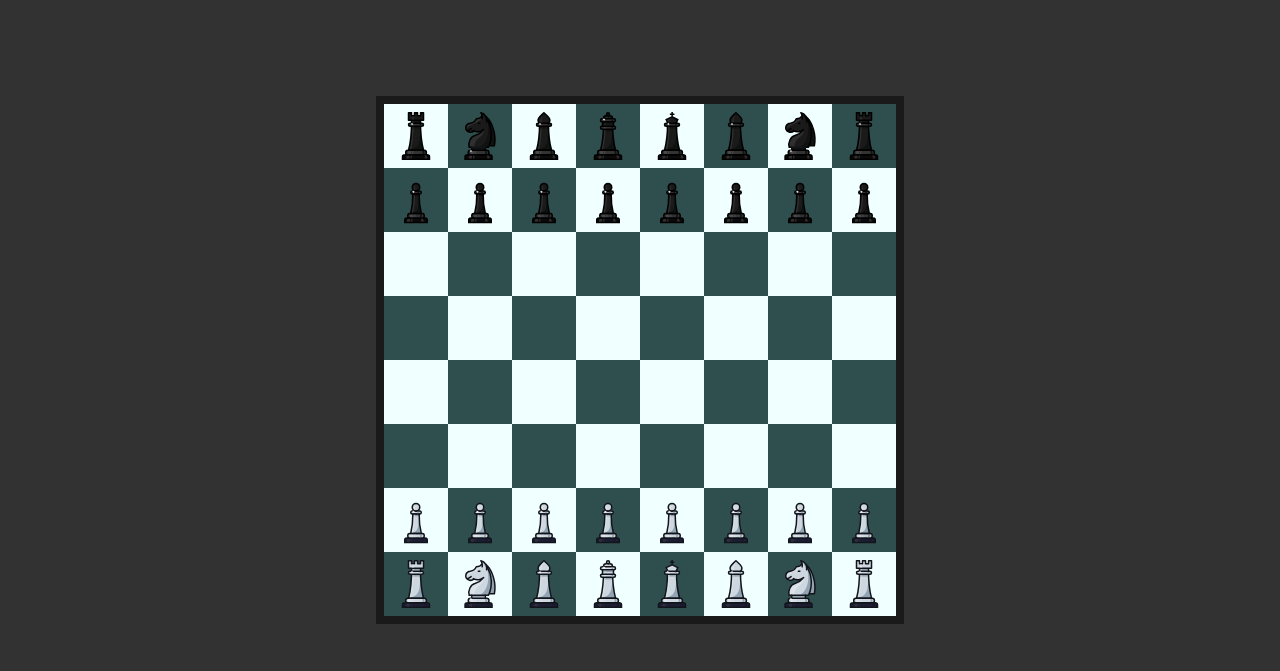
Repository: Mirsmog/react-chess
Page: /
An editor plug-in stored every save of this project. The page is shown before and after the next save, followed by the edit.
The browser window is 1280 px wide. The pictures show the whole page.
The project was rebuilt for these pictures with package versions that can differ from the ones it lists, and the page was loaded fresh each time. Also part of the build but not shown: vite.config.ts.

Above is the page before, as saved 2023-10-28 15:45:25.

### src/App.tsx
import BoardComponent from '@/components/BoardComponent';
import { Board } from './models/Board';
import React from 'react';

const App = () => {
  const [board, setBoard] = React.useState(new Board());

  React.useEffect(() => {
    restart();
  }, []);

  function restart() {
    const newBoard = new Board();
    newBoard.initCells();
    newBoard.addFigures()
    setBoard(newBoard);
  }
  return (
    <div className='app'>
      <BoardComponent board={board} setBoard={setBoard} />
    </div>
  );
};

export default App;

### src/index.css
:root {
  --sell-size: 64px;
}

* {
  margin: 0;
  padding: 0;
}

.app {
  background-color: #323232;
  width: 100vw;
  height: 100vh;
  display: flex;
  justify-content: center;
  align-items: center;
}

.board {
  display: flex;
  width: calc(var(--sell-size) * 8);
  height: calc(var(--sell-size) * 8);
  flex-wrap: wrap;
  border: 8px solid #1a1a1a;
}

.cell {
  width: var(--sell-size);
  height: var(--sell-size);
  display: flex;
  justify-content: center;
  align-items: center;
}

.cell img {
  width: 48px;
  height: 48px;
  position: relative;
}

img[src*="/src/assets/pawn-white.svg"],
img[src*="/src/assets/pawn-black.svg"] {
  /* transform: scale(1.18); */
  transform: translateY(3px);
}

.black {
  background-color: darkslategrey;
}

.white {
  background-color: azure;
}

### src/components/BoardComponent.tsx
import { Board } from '@/models/Board';
import React from 'react';
import CellComponent from './CellComponent';

type Props = {
  board: Board;
  setBoard: (board: Board) => void;
};

const BoardComponent: React.FC<Props> = ({ board, setBoard }) => {
  return (
    <div className='board'>
      {board.cells.map((row, index) => (
        <React.Fragment key={index}>
          {row.map((cell) => (
            <CellComponent key={cell.id} cell={cell} />
          ))}
        </React.Fragment>
      ))}
    </div>
  );
};

export default BoardComponent;

### src/models/Board.ts
import { Cell } from './Cell';
import { Colors } from './Colors';
import { Bishop } from './figures/Bishop';
import { King } from './figures/King';
import { Knight } from './figures/Knight';
import { Pawn } from './figures/Pawn';
import { Queen } from './figures/Queen';
import { Rook } from './figures/Rook';

export class Board {
  cells: Cell[][] = [];

  public initCells() {
    for (let i = 0; i < 8; i++) {
      const row: Cell[] = [];
      for (let j = 0; j < 8; j++) {
        if ((i + j) % 2 !== 0) {
          row.push(new Cell(this, j, i, Colors.BLACK, null)); // black
        } else {
          row.push(new Cell(this, j, i, Colors.WHITE, null)); // white
        }
      }
      this.cells.push(row);
    }
  }
  public getCell(x: number, y: number) {
    return this.cells[y][x];
  }

  private addPawns() {
    for (let i = 0; i < 8; i++) {
      new Pawn(Colors.BLACK, this.getCell(i, 1));
      new Pawn(Colors.WHITE, this.getCell(i, 6));
    }
  }
  private addKings() {
    new King(Colors.BLACK, this.getCell(4, 0));
    new King(Colors.WHITE, this.getCell(4, 7));
  }
  private addQueens() {
    new Queen(Colors.BLACK, this.getCell(3, 0));
    new Queen(Colors.WHITE, this.getCell(3, 7));
  }
  private addBishops() {
    new Bishop(Colors.BLACK, this.getCell(2, 0));
    new Bishop(Colors.BLACK, this.getCell(5, 0));
    new Bishop(Colors.WHITE, this.getCell(2, 7));
    new Bishop(Colors.WHITE, this.getCell(5, 7));
  }
  private addKnights() {
    new Knight(Colors.BLACK, this.getCell(1, 0));
    new Knight(Colors.BLACK, this.getCell(6, 0));
    new Knight(Colors.WHITE, this.getCell(1, 7));
    new Knight(Colors.WHITE, this.getCell(6, 7));
  }
  private addRooks() {
    new Rook(Colors.BLACK, this.getCell(0, 0));
    new Rook(Colors.BLACK, this.getCell(7, 0));
    new Rook(Colors.WHITE, this.getCell(0, 7));
    new Rook(Colors.WHITE, this.getCell(7, 7));
  }

  public addFigures() {
    this.addKings();
    this.addBishops();
    this.addKnights();
    this.addQueens();
    this.addPawns();
    this.addRooks();
  }
}

### src/components/CellComponent.tsx
import { Cell } from '@/models/Cell';
import React from 'react';

type Props = {
  cell: Cell;
};

const CellComponent: React.FC<Props> = ({ cell }) => {
  return (
    <div className={`cell ${cell.color}`}>
      {cell.figure?.logo && (
        <img src={cell.figure.logo} alt={cell.figure.logo} />
      )}
    </div>
  );
};

export default CellComponent;

### src/models/Cell.ts
import { Board } from './Board';
import { Colors } from './Colors';
import { Figure } from './figures/Figure';

export class Cell {
  readonly x: number;
  readonly y: number;
  readonly color: Colors;
  figure: Figure | null;
  board: Board;
  available: boolean;
  id: number;

  constructor(
    board: Board,
    x: number,
    y: number,
    color: Colors,
    figure: Figure | null
  ) {
    this.board = board;
    this.figure = figure;
    this.color = color;
    this.x = x;
    this.y = y;
    this.available = false;
    this.id = Math.random();
  }
}

### src/models/Colors.ts
export enum Colors {
  BLACK = 'black',
  WHITE = 'white',
}

### src/models/figures/Bishop.ts
import { Cell } from '../Cell';
import { Colors } from '../Colors';
import { Figure, FigureName } from './Figure';
import bishopBlack from '@/assets/bishop-black.svg';
import bishopWhite from '@/assets/bishop-white.svg';
export class Bishop extends Figure {
  constructor(color: Colors, cell: Cell) {
    super(color, cell);
    this.logo = color === Colors.BLACK ? bishopBlack : bishopWhite;
    this.name = FigureName.BISHOP
  }
}

### src/models/figures/King.ts
import { Cell } from '../Cell';
import { Colors } from '../Colors';
import { Figure, FigureName } from './Figure';
import kingBlack from '@/assets/king-black.svg';
import kingWhite from '@/assets/king-white.svg';
export class King extends Figure {
  constructor(color: Colors, cell: Cell) {
    super(color, cell);
    this.logo = color === Colors.BLACK ? kingBlack : kingWhite;
    this.name = FigureName.KING
  }
}

### src/models/figures/Knight.ts
import { Cell } from '../Cell';
import { Colors } from '../Colors';
import { Figure, FigureName } from './Figure';
import knightBlack from '@/assets/knight-black.svg';
import knightWhite from '@/assets/knight-white.svg';
export class Knight extends Figure {
  constructor(color: Colors, cell: Cell) {
    super(color, cell);
    this.logo = color === Colors.BLACK ? knightBlack : knightWhite;
    this.name = FigureName.KNIGHT
  }
}

### src/models/figures/Pawn.ts
import { Cell } from '../Cell';
import { Colors } from '../Colors';
import { Figure, FigureName } from './Figure';
import pawnBlack from '@/assets/pawn-black.svg';
import pawnWhite from '@/assets/pawn-white.svg';
export class Pawn extends Figure {
  constructor(color: Colors, cell: Cell) {
    super(color, cell);
    this.logo = color === Colors.BLACK ? pawnBlack : pawnWhite;
    this.name = FigureName.PAWN
  }
}

### src/models/figures/Queen.ts
import { Cell } from '../Cell';
import { Colors } from '../Colors';
import { Figure, FigureName } from './Figure';
import queenBlack from '@/assets/queen-black.svg';
import queenWhite from '@/assets/queen-white.svg';
export class Queen extends Figure {
  constructor(color: Colors, cell: Cell) {
    super(color, cell);
    this.logo = color === Colors.BLACK ? queenBlack : queenWhite;
    this.name = FigureName.QUEEN
  }
}

### src/models/figures/Rook.ts
import { Cell } from '../Cell';
import { Colors } from '../Colors';
import { Figure, FigureName } from './Figure';
import rookBlack from '@/assets/rook-black.svg';
import rookWhite from '@/assets/rook-white.svg';
export class Rook extends Figure {
  constructor(color: Colors, cell: Cell) {
    super(color, cell);
    this.logo = color === Colors.BLACK ? rookBlack : rookWhite;
    this.name = FigureName.ROOK;
  }
}

### src/models/figures/Figure.ts
import { Cell } from '../Cell';
import { Colors } from '../Colors';
import logo from '@/assets/bishop-black.svg';

import queenBlack from '@/assets/queen-black.svg';
import bishopBlack from '@/assets/bishop-black.svg';
import rookBlack from '@/assets/rook-black.svg';
import knightBlack from '@/assets/knight-black.svg';
import pawnBlack from '@/assets/pawn-black.svg';

import queenWhite from '@/assets/queen-white.svg';
import bishopWhite from '@/assets/bishop-white.svg';
import rookWhite from '@/assets/rook-white.svg';
import knightWhite from '@/assets/knight-white.svg';
import pawnWhite from '@/assets/pawn-white.svg';

export enum FigureName {
  FIGURE = 'figure',
  KING = 'king',
  QUEEN = 'queen',
  ROOK = 'rook',
  BISHOP = 'bishop',
  PAWN = 'pawn',
  KNIGHT = 'knight',
}


export class Figure {
  color: Colors;
  logo: typeof logo | null;
  cell: Cell;
  name: FigureName;
  id: number;

  constructor(color: Colors, cell: Cell) {
    this.color = color;
    this.cell = cell;
    this.cell.figure = this;
    this.logo = null;
    this.name = FigureName.FIGURE;
    this.id = Math.random();
  }

  canMove(target: Cell): boolean {
    return true;
  }
  moveFigure(target: Cell) {}
}

Loaded but not shown: index.html (common file); src/main.tsx (common file)

After the next save:
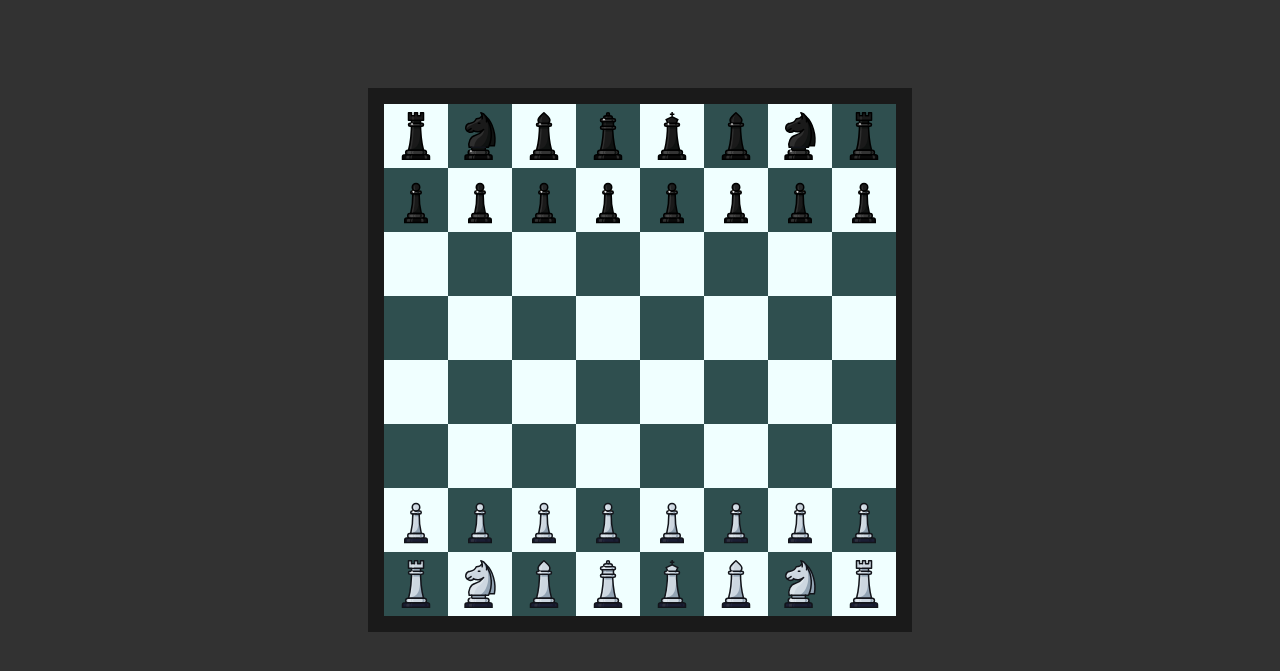
Saved 18 s later.
--- a/src/index.css
+++ b/src/index.css
@@ -21,7 +21,7 @@
   width: calc(var(--sell-size) * 8);
   height: calc(var(--sell-size) * 8);
   flex-wrap: wrap;
-  border: 8px solid #1a1a1a;
+  border: 16px solid #1a1a1a;
 }
 
 .cell {
